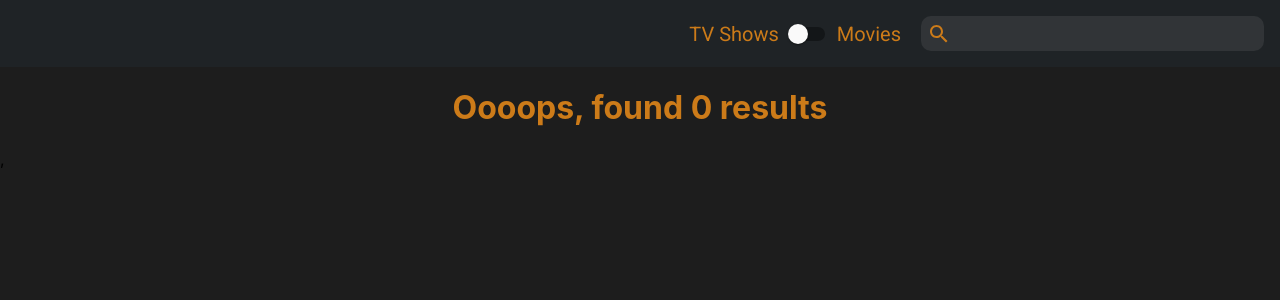
Repository: Amad-Mlinka/Movie-v2
Page: /
These files come from the project's save history. The page is drawn as it stood at one moment and after the next save; the edit follows.
The browser window is 1280 px wide. The pictures show the whole page.
The page's requests for data from a server got no answer. The project was rebuilt for these pictures with package versions that can differ from the ones it lists, and the page was loaded fresh each time. No one was signed in, and anything a server would have sent is missing. Also part of the build but not shown: src/components/media/Media.scss, src/components/media/Movie.tsx, src/components/media/Tv.tsx, src/components/trailer/Trailer.tsx, src/pages/DetailPage.tsx.

Above is the page before, as saved 2021-04-30 08:41:02.

### src/index.tsx
import React from 'react';
import ReactDOM from 'react-dom';
import './index.scss';
import App from './App';
import {Provider} from "react-redux"
import {store} from "./store/store"


ReactDOM.render(
  <Provider store={store}>
    <App />,
  </Provider>


  , document.getElementById('root')
);

### src/index.scss
html {
  background: #1d1d1d;
  overflow-x: hidden;
}
body {
  margin: 0;
  font-family: -apple-system, BlinkMacSystemFont, 'Segoe UI', 'Roboto', 'Oxygen',
    'Ubuntu', 'Cantarell', 'Fira Sans', 'Droid Sans', 'Helvetica Neue',
    sans-serif;
  -webkit-font-smoothing: antialiased;
  -moz-osx-font-smoothing: grayscale;
}

code {
  font-family: source-code-pro, Menlo, Monaco, Consolas, 'Courier New',
    monospace;
}
a{
  text-decoration: none;
}
.container{
  width: 75%;
  margin: auto;
}

### src/App.tsx
import './App.scss';
import { BrowserRouter as Router, Switch, Route } from "react-router-dom"
import { MainPage } from "./pages/MainPage"
import { DetailPage } from './pages/DetailPage';
import React from 'react';
import { Header } from './components/header/Header';


function App() {
  return (
    <Router>
    <Switch>
    <div className="app">
      <Header></Header>

          <Route path="/" exact component={MainPage}></Route>
          <Route path="/:media/:id" exact component={DetailPage}></Route>

    </div>
    </Switch>
      </Router>


  );
}

export default App;

### src/store/store.ts
import { createStore } from "redux"
import { searchTermReducer } from "../reducers/searchTermReducer"
import { mediaTypeReducer }  from "../reducers/mediaTypeReducer"
import { mediaReducer }  from "../reducers/mediaReducer"
import { genreReducer }  from "../reducers/genreReducer"
import { detailReducer }  from "../reducers/detailReducer"
import { combineReducers} from "redux"

const rootReducer = combineReducers(
    {
        searchTerm:searchTermReducer,
        media:mediaReducer,
        mediaType:mediaTypeReducer,
        genre:genreReducer,
        detail:detailReducer
    })

export const store = createStore(rootReducer);

### src/App.scss
.app{
    display: flex;
    flex-direction: column;
}

### src/pages/MainPage.tsx
import React from 'react'
import { Header } from '../components/header/Header';
import { MediaList } from '../components/mediaList/MediaList';


export const MainPage = () => {
    return (
        <div>

            <MediaList></MediaList>
        </div>
    )
}

### src/components/header/Header.tsx
/*Components*/
import React, { useEffect } from 'react'
import Switch from '@material-ui/core/Switch';
import { useSelector, useDispatch } from "react-redux"
import { Link } from "react-router-dom"
import $ from "jquery"

/*SCSS*/
import "./Header.scss"

/*Icons*/
import SearchSharpIcon from '@material-ui/icons/SearchSharp';
import ArrowBackIosIcon from '@material-ui/icons/ArrowBackIos';





export const Header = () => {
    const [openSearch, setOpenSearch] = React.useState<boolean>(false)
    const state: any = useSelector(state => state)
    const dispatch = useDispatch();

    useEffect(() => {
        setOpenSearch(false);
    }, [])

    const onClick = () => {
        $(".header-container").slideToggle()
        setOpenSearch(!openSearch)
    }

    const onChangeTerm = (changedTerm: string) => {
        dispatch({ type: "CHANGE_TERM", payload: changedTerm })
    }

    const onChangeMediaType = () => {
        dispatch({ type: "CHANGE_MEDIA_TYPE", payload: state.mediaType === "tv" ? "movie" : "tv" })

    }


    return (
        <header>
            {window.location.href.split("/")[3] && (
                <div className="back-button">
                    <Link to="/">
                        <ArrowBackIosIcon />
                    </Link>

                </div>
            )

            }
        {!window.location.href.split("/")[3] && (
            <>
            <div className="search-icon-container">

                <SearchSharpIcon className="search-icon search-input-btn" onClick={onClick} />

            </div>
            <div className="header-container">

                <div className="search">
                    <div className="search-container">
                        <SearchSharpIcon className="search-icon search-input-icon" />
                        <input onChange={(e) => onChangeTerm(e.target.value)} value={state.searchTerm} type="search" className="search-input" name="" id="" />
                    </div>
                </div>

                <div className="filter">
                    <div className="switch">
                        <p className="switch-option">TV Shows </p>
                        <Switch
                            checked={state.mediaType === "tv" ? false : true}
                            onChange={onChangeMediaType}
                            name="checkedA"
                            inputProps={{ 'aria-label': 'secondary checkbox' }}
                        />
                        <p className="switch-option">Movies</p>
                    </div>
                </div>

            </div>
            </>
        )}
        </header>
    )
}

### src/reducers/searchTermReducer.ts
const initialState:string="";

type Action = {
    type:string,
    payload:string
}
export const searchTermReducer = (state:string=initialState, action:Action):string => {
   switch(action.type){
       case "CHANGE_TERM": {
            return action.payload;
       }
       case "RESET_TERM": {
        return initialState;
   }
       default:
           return state
   }
}

### src/reducers/mediaTypeReducer.ts
const initialState:string="tv";

type Action = {
    type:string,
    payload:string
}
export const mediaTypeReducer = (state:string=initialState, action:Action):string => {
   switch(action.type){
       case "CHANGE_MEDIA_TYPE": {
            return action.payload;
       }
       default:
           return state
   }
}

### src/reducers/mediaReducer.ts
import {movieInterface} from "../interface/movieInterface"
import {tvInterface} from "../interface/tvInterface"

const initialState:(tvInterface | movieInterface)[]=[];

type Action = {
    type:string,
    payload:(tvInterface | movieInterface)[]
}


export const mediaReducer = (state:(tvInterface | movieInterface)[] = initialState, action:Action) => {
    switch(action.type){
        case "CHANGE_MEDIA":
            return action.payload
        default:
            return state

    }
}

### src/reducers/genreReducer.ts
import {genreInterface} from "../interface/genreInterface"


const initialState:genreInterface[]=[];

type Action = {
    type:string,
    payload:genreInterface []
}


export const genreReducer = (state:genreInterface[] = initialState, action:Action) => {
    switch(action.type){
        case "CHANGE_GENRE":
            return action.payload
        default:
            return state

    }
}

### src/reducers/detailReducer.ts
import {movieInterface} from "../interface/movieInterface"
import {tvInterface} from "../interface/tvInterface"

const initialState:(tvInterface | movieInterface | null)=null;

type Action = {
    type:string,
    payload:(tvInterface | movieInterface)[]
}


export const detailReducer = (state:(tvInterface | movieInterface | null) = initialState, action:Action) => {
    switch(action.type){
        case "CHANGE_DETAIL":
            return action.payload
        default:
            return state

    }
}

### src/components/mediaList/MediaList.tsx
/*Components*/
import React, { useEffect } from 'react'
import { movieInterface } from "../../interface/movieInterface"
import { tvInterface } from "../../interface/tvInterface"
import { Movie } from '../media/Movie'
import { Tv } from '../media/Tv'
import { useSelector, useDispatch } from "react-redux"

/*Scss*/
import "./MediaList.scss"



//const FEATURED_API = `https://api.themoviedb.org/3/discover/${media}?sort_by=popularity.desc&api_key=70846ae2c3bdf81734c4dc36fab283cc&page=1`;



//const SEARCH_API = `https://api.themoviedb.org/3/search/${media}?&api_key=70846ae2c3bdf81734c4dc36fab283cc&query=${term}`



//const GENRE_API = `https://api.themoviedb.org/3/genre/${media}/list?api_key=70846ae2c3bdf81734c4dc36fab283cc&language=en-US`



export const MediaList = () => {
    const dispatch = useDispatch();
    const state: any = useSelector(state => state)

    const getGenres = () => {
        fetch(`https://api.themoviedb.org/3/genre/${state.mediaType}/list?api_key=70846ae2c3bdf81734c4dc36fab283cc&language=en-US`)
            .then(res => res.json())
            .then(data => {
                dispatch({ type: "CHANGE_GENRE", payload: data })
            })

    }


    const getMovies = () => {
        fetch(`https://api.themoviedb.org/3/discover/${state.mediaType}?sort_by=popularity.desc&api_key=70846ae2c3bdf81734c4dc36fab283cc&page=1`)
            .then(res => res.json())
            .then(data => {
                dispatch({ type: "CHANGE_MEDIA", payload: data.results })
                console.log(state)
            })
    }

    const searchMovies = () => {
        if (state.searchTerm.length >= 3) {
            fetch(`https://api.themoviedb.org/3/search/${state.mediaType}?&api_key=70846ae2c3bdf81734c4dc36fab283cc&query=${state.searchTerm}&page=1`)
                .then(res => res.json())
                .then(data => {
                    dispatch({ type: "CHANGE_MEDIA", payload: data.results })

                })
        } else {
            getMovies();
        }

    }

    useEffect(() => {
        getGenres();
    }, [])



    useEffect(() => {
        if (state.searchTerm.length >= 3) {
            searchMovies()
        } else {
            getMovies();
        }// eslint-disable-next-line react-hooks/exhaustive-deps
    }, [state.mediaType]);



    useEffect(() => {
        let timer1 = setTimeout(() => searchMovies(), 1000);

        // this will clear Timeout
        // when component unmount like in willComponentUnmount
        // and show will not change to true
        return () => {
            clearTimeout(timer1);
        };
        // eslint-disable-next-line react-hooks/exhaustive-deps
    }, [state.searchTerm]);




    return (
        <>
            <div className="count">
                <h1 className="results-header">
                    {state.media.length===0 ? `Oooops, found ${state.media.length} ` : `Found ${state.media.slice(0,10).length} `} results
                </h1>

            </div>
            <div className="container">
                <div className="media-list-container">

                    {
                        state.mediaType === "movie" ?

                            state.media.length > 0 && state.media.slice(0,10).map((media: (movieInterface)) => (
                                <Movie key={media.id} {...media} />
                            ))
                            :
                            state.media.length > 0 && state.media.slice(0,10).map((media: (tvInterface)) => (
                                <Tv key={media.id} {...media} />
                            ))
                    }
                </div>


            </div>

        </>
    )
}

### src/pages/DetailPage.scss
@import "../main.scss";
.details{
  display: flex;
  flex-direction: column;
  align-items: center;
}
.movie-details-container{
  background-position: center;
  background-repeat: repeat;
  background-size: cover;
  position: absolute;

}

.backdrop{
  backdrop-filter: blur(25px) contrast(0.6);
  width: 100%;
  height: -webkit-fill-available;
  display: flex;
  align-items: center;
}
.container{
  width: 75%;
  margin: auto;
}

.main-details{
  display: flex;
  margin-top: 150px;
}

.poster-info{
  display: flex;
  color: white;
}
.media-poster{
  img{
    border: 5px solid white;
  }
}

.title{
  text-align: center;
  font-size: 20px;
}
.trailer{
  width: 100%;
  div{
    width: 100% !important;
    height: auto !important;
  }

}
.overview{
  width: 100%;
  text-align: center;
}
.similar{
  display: flex;
  flex-direction: column;
  align-items: center;
}

.similar-container{
  display: flex;
  flex-direction: row;
  flex-wrap: wrap;
  width: 250px;
  .similar-img{
    margin: 10px;
    width: 100px;
  }
}
.similar-title{
  text-align: center;
}

@include breakpoint(max-laptop){
  .movie-details-container{
  }
  .main-details{
    flex-direction: column;
  }
  .poster-info{
    flex-direction: column;
    align-items: center;
  }
  .media-poster{
    width: 50%;

    img{
      width: 100%;
    }
  }
  .media-info-item{
    text-align: center;
    margin: 0 auto;
  }
  .overview{
    text-align: center;
    margin: 0 auto;
  }
}

@include breakpoint(min-desktop){
  .movie-details-container{
    top: 0;
    left: 0;
    width: 100%;
    height: 100%;
  }
  .main-details{
    flex-direction: column;
  }
  .poster-info{
    .media-poster{
      width: 25%;
      margin-bottom: 10px;
      img{
        width: 100%;
      }
    }
    .media-info{
      width: 66%;
      padding: 0 30px 30px 30px;
      .title{
        text-align: left;
        font-size: 20px;
      }
      .media-info-item{
        font-size: 20px;
        text-align: left;
      }
    }
  }
}

### src/components/header/Header.scss
@import "../../main.scss" ;
@import url('https://fonts.googleapis.com/css2?family=Roboto&display=swap');
header {
    display: flex;
    background-color: $primary;
    padding: 1rem;
    min-height:35px;
    align-items: center;
    z-index: 999;
}
.header-container {
    display: flex;
    align-content: center;
    justify-content: center;
}

.search-container {
    position: relative;
}

.search-input-icon {
    position: absolute;
    margin: 6px;
}
.search-icon{
    fill:$secondary!important;
}

.search-input {
    font-family: inherit;
    font-size: 1.2rem;
    border-radius: 10px;
    color: #fff;
    background-color: hsla(0, 0%, 100%, 0.08);
    padding-left: 35px;
    padding-right: 10px;
    border: 0;
    width: 100%;
    height:35px;
    &:focus {
        outline: none;
    }
}

.filter{
    display: flex;
    justify-content: center;
    align-items: center;
}

.switch {
    display: flex;
    flex-direction: row;
    justify-content: center;
    align-items: center;
    height: 25px;
}
.switch-option{
    color: $secondary;
    font-family: "Roboto", "sans-serif";
    font-size: 20px;
}

.MuiSwitch-colorSecondary.Mui-checked {
    color: $secondary !important;
}

.MuiSwitch-colorSecondary.Mui-checked + .MuiSwitch-track{
    background: $secondary !important;
}

.results-header{
    text-align: center;
    color: $secondary;
}
.back-button{

    position: absolute;
    top: 0;
    left: 0;
    margin: 20px;

    svg{
        fill: $secondary !important;
    }


}


@include breakpoint(max-tablet){
    header{
        justify-content: flex-end;
        flex-direction: column;
    }
    .header-container{
        flex-direction: column !important;
        position: relative;
        width: 100%;
        justify-content: center;
        display: none;
        margin-top: 30px;
        align-items: stretch;
    }
    .search {
        margin-bottom: 30px;
    }
    .search-input-btn{
        width: 35px !important;
        height: 35px !important;
        display: block;
    }
    .search-icon-container{
        width: 100%;
        display: flex;
        justify-content: flex-end;
    }
}
@include breakpoint(min-laptop){
    header{
        flex-direction: row;
        justify-content: flex-end;
    }
    .header-container{
        flex-direction: row-reverse;
        display: flex !important;

    }
    .filter{
        margin-right: 20px;
    }
    .search{
        display: flex;
        align-items: center;
    }
    .search-input-btn{
        display: none !important;
    }
}

### src/components/mediaList/MediaList.scss
.media-list-container{
    display: flex;
    flex-wrap: wrap;
    justify-content:center;
}

### src/main.scss
@mixin breakpoint($point) {
    @if $point == min-desktop {
      @media (min-width: 993px) { @content ; }
   }
    @else if $point == min-laptop {
      @media (min-width: 769px) { @content ; }
   }
     @else if $point == min-tablet {
      @media (min-width: 593px) { @content ; }
   }
   @else if $point == min-mobile {
      @media (min-width: 0px)  { @content ; }

   }@else if $point == max-desktop {
      @media (max-width: 1200px) { @content ; }

   }@else if $point == max-laptop {
      @media (max-width: 992px) { @content ; }
   }
     @else if $point == max-tablet {
      @media (max-width: 768px) { @content ; }
   }
   @else if $point == max-mobile {
      @media (max-width: 592px)  { @content ; }

   }
 }
$primary:#1f2326;
$secondary:#cc7b19;

Loaded but not shown: public/index.html (common file)

After the next save:
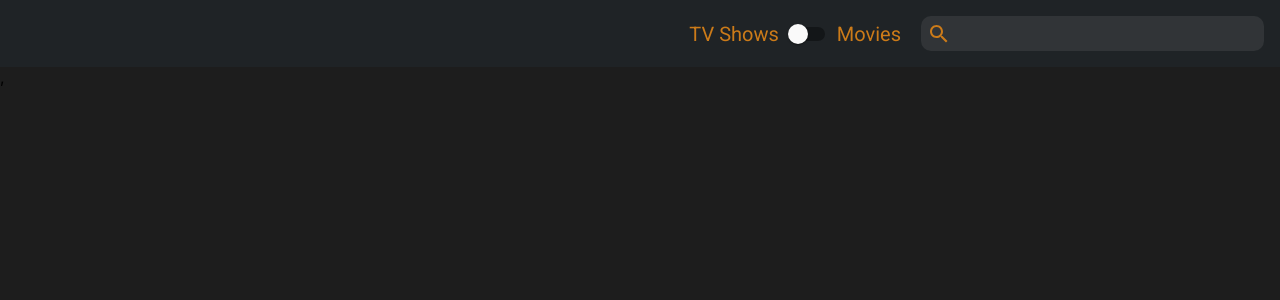
Saved 76 s later.
--- a/src/App.tsx
+++ b/src/App.tsx
@@ -8,17 +8,21 @@
 
 function App() {
   return (
-    <Router>
-    <Switch>
+    <>
     <div className="app">
-      <Header></Header>
+      <Router>
+        <Switch>
 
-          <Route path="/" exact component={MainPage}></Route>
-          <Route path="/:media/:id" exact component={DetailPage}></Route>
+        <Header></Header>
 
-    </div>
-    </Switch>
-      </Router>
+            <Route path="/" exact component={MainPage}></Route>
+            <Route path="/:media/:id" exact component={DetailPage}></Route>
+
+
+          </Switch>
+        </Router>
+    </div >
+    </>
 
 
   );

After the save that followed:
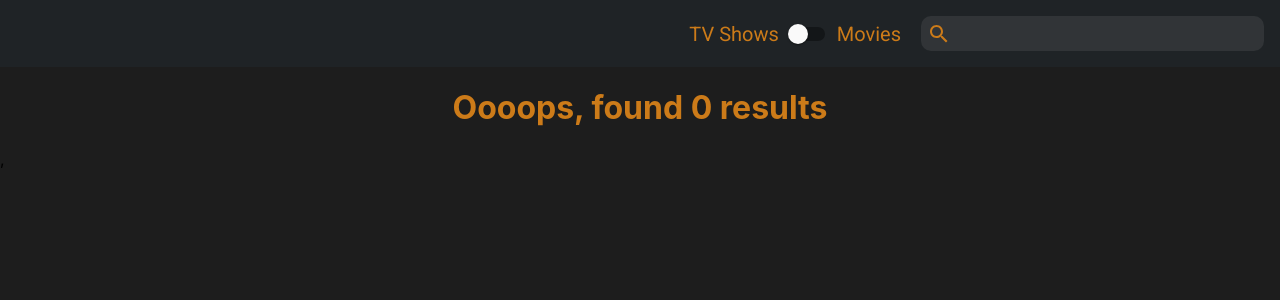
Saved 17 s later.
--- a/src/App.tsx
+++ b/src/App.tsx
@@ -8,21 +8,17 @@
 
 function App() {
   return (
-    <>
+    <Router>
+    <Switch>
     <div className="app">
-      <Router>
-        <Switch>
+      <Header></Header>
 
-        <Header></Header>
+          <Route path="/" exact component={MainPage}></Route>
+          <Route path="/:media/:id" exact component={DetailPage}></Route>
 
-            <Route path="/" exact component={MainPage}></Route>
-            <Route path="/:media/:id" exact component={DetailPage}></Route>
-
-
-          </Switch>
-        </Router>
-    </div >
-    </>
+    </div>
+    </Switch>
+      </Router>
 
 
   );
